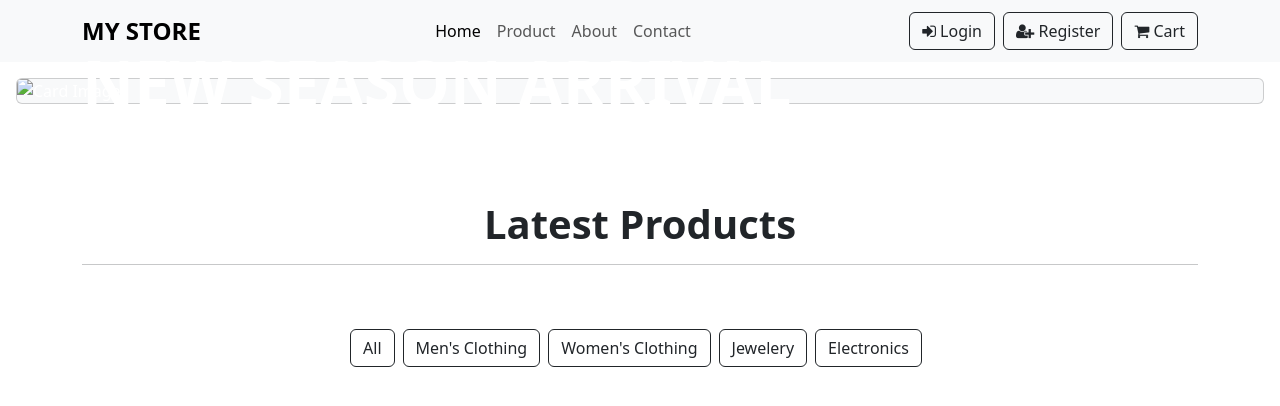
Repository: asad3407886839/E-commerce-Store
Page: /products (app in vite-project/)
An editor plug-in stored every save of this project. The page is shown before and after a run of saves, followed by the edit.
The browser window is 1280 px wide. The pictures show the whole page.
The page's requests for data from a server got no answer. The project was rebuilt for these pictures with package versions that can differ from the ones it lists, and the page was loaded fresh each time. No one was signed in, and anything a server would have sent is missing. Also part of the build but not shown: vite-project/vite.config.js, vite-project/src/index.css.

Above is the page before, as saved 2024-06-29 18:55:01.

After the next 2 saves:
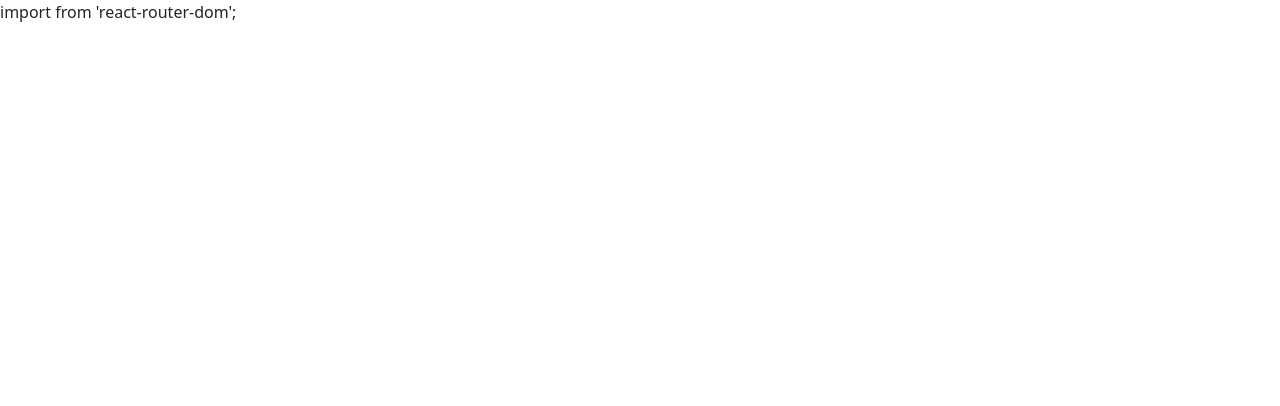
The 2 saves are shown as one change because 1 did not build or start.
The last was saved 21 s later.
--- a/vite-project/src/main.jsx
+++ b/vite-project/src/main.jsx
@@ -9,6 +9,8 @@
 
 
 ReactDOM.createRoot(document.getElementById('root')).render(
+  <BrowserRouter>
+  import { BrowserRouter } from 'react-router-dom';
 
-    <App />
+  </BrowserRouter>
 )

After the save that followed:
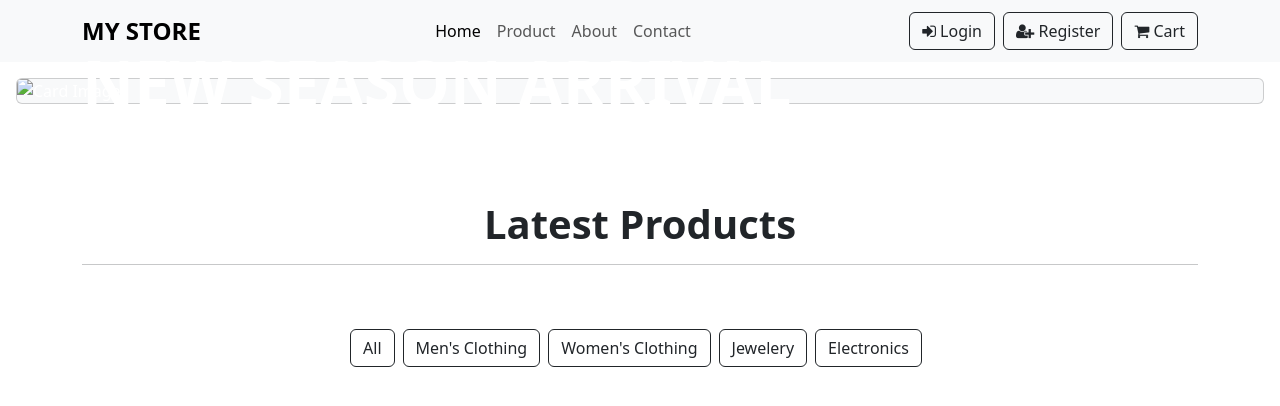
Saved 10 s later.
--- a/vite-project/src/main.jsx
+++ b/vite-project/src/main.jsx
@@ -10,7 +10,7 @@
 
 ReactDOM.createRoot(document.getElementById('root')).render(
   <BrowserRouter>
-  import { BrowserRouter } from 'react-router-dom';
+ <App/>
 
   </BrowserRouter>
 )
